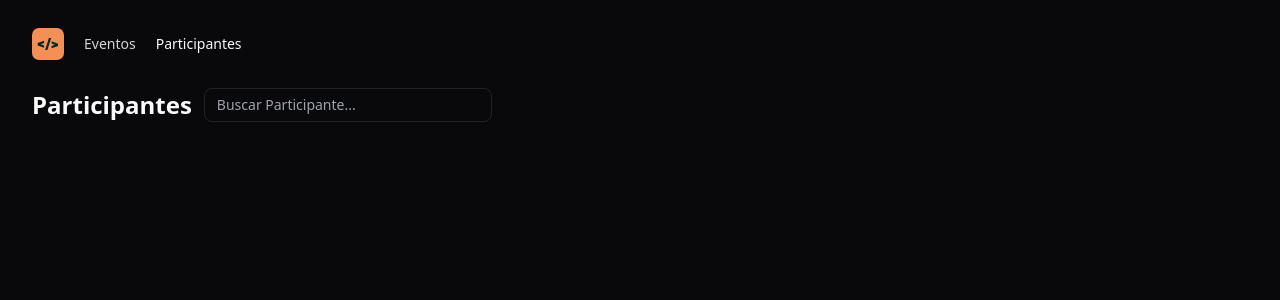
Repository: guilhermecardoso93/nlw-unite-react-2024
Page: /
These files come from the project's save history. The page is drawn as it stood at one moment and after the next save; the edit follows.
The browser window is 1280 px wide. The pictures show the whole page.
The project was rebuilt for these pictures with package versions that can differ from the ones it lists, and the page was loaded fresh each time. Also part of the build but not shown: vite.config.ts.

Above is the page before, as saved 2024-04-01 21:18:13.

### src/App.tsx
import { Header } from "./components/header";
import { AttendeeList } from "./components/attendee-list";

export function App() {

  return (
    <div className="max-w-[1216px] mx-auto py-5 flex flex-col gap-5">
      <Header />
      <AttendeeList />
    </div>
  )
}

### src/components/header.tsx
import Logo from "../assets/nlw-unite-icon.svg";

export function Header() {
  return (
    <div className="flex items-center gap-5 py-2">
      <img src={Logo} alt="logo" />

      <nav className="flex items-center gap-5">
        <a href="" className="font-medium text-sm text-zinc-300">Eventos</a>
        <a href="" className="font-medium text-sm">Participantes</a>
      </nav>
    </div>
  );
}

### src/components/attendee-list.tsx
export function AttendeeList() {
  return (
    <div className="flex gap-3 items-center">
      <h1 className="text-2xl font-bold">Participantes</h1>
      <div className="px-3 py-1.5 border border-white/10 rounded-lg text-sm w-72 flex items-center gap-3">

        <input
          placeholder="Buscar Participante..."
          className="bg-transparent flex-1 outline-none"
        />
      </div>
    </div>
  );
}

### tailwind.config.js
/** @type {import('tailwindcss').Config} */
export default {
  content: [
    "./index.html",
    "./src/**/*.{js,ts,jsx,tsx}"
  ],
  theme: {
    extend: {},
  },
  plugins: [
    //require('@tailwindcss/forms')
  ],
}

Loaded but not shown: index.html (common file); src/main.tsx (common file); src/index.css (common file)

After the next save:
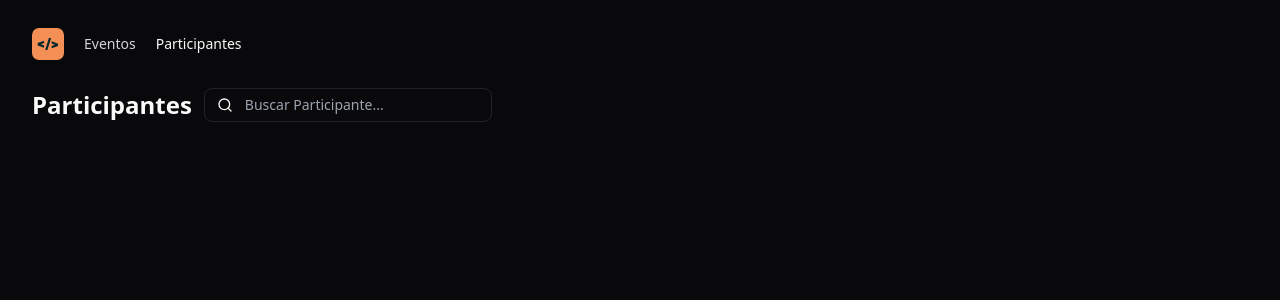
Saved 5 min 34 s later.
--- a/src/components/attendee-list.tsx
+++ b/src/components/attendee-list.tsx
@@ -1,9 +1,11 @@
+import { Search } from "lucide-react";
+
 export function AttendeeList() {
   return (
     <div className="flex gap-3 items-center">
       <h1 className="text-2xl font-bold">Participantes</h1>
       <div className="px-3 py-1.5 border border-white/10 rounded-lg text-sm w-72 flex items-center gap-3">
-
+        <Search className='size-4'/>
         <input
           placeholder="Buscar Participante..."
           className="bg-transparent flex-1 outline-none"
